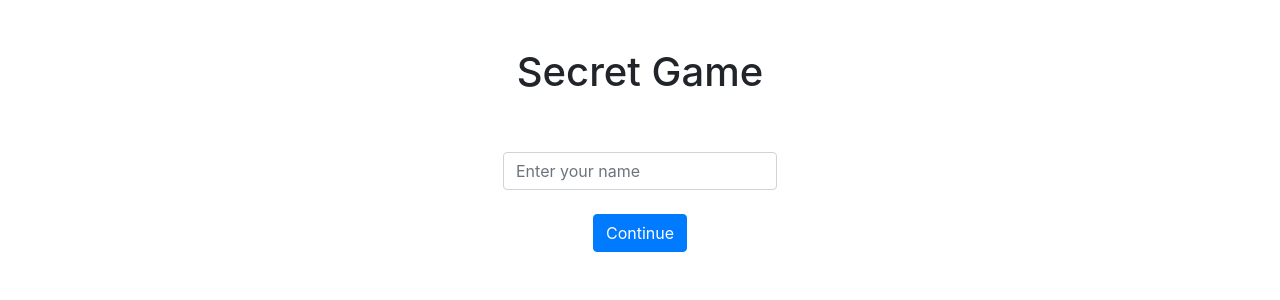
Repository: sreeramkongeseri/QuestionGame
Page: public/index.html
These files come from the project's save history. The page is drawn as it stood at one moment and after the next save; the edit follows.
The browser window is 1280 px wide. The pictures show the whole page.

Above is the page before, as saved 2021-07-29 22:40:06.

### public/index.html
<!DOCTYPE html>
<html lang="en">
  <head>
    <meta charset="UTF-8" />
    <meta name="viewport" content="width=device-width, initial-scale=1.0" />
    <title>Sreeram Chettan</title>

    <!-- Latest compiled and minified CSS -->
    <link
      rel="stylesheet"
      href="https://maxcdn.bootstrapcdn.com/bootstrap/4.5.0/css/bootstrap.min.css"
    />

    <!-- jQuery library -->
    <script src="https://ajax.googleapis.com/ajax/libs/jquery/3.5.1/jquery.min.js"></script>

    <!-- Popper JS -->
    <script src="https://cdnjs.cloudflare.com/ajax/libs/popper.js/1.16.0/umd/popper.min.js"></script>

    <script
      src="https://cdn.jsdelivr.net/npm/bootstrap@5.0.2/dist/js/bootstrap.bundle.min.js"
      integrity="sha384-MrcW6ZMFYlzcLA8Nl+NtUVF0sA7MsXsP1UyJoMp4YLEuNSfAP+JcXn/tWtIaxVXM"
      crossorigin="anonymous"
    ></script>

    <!-- Icons -->
    <link
      rel="stylesheet"
      href="https://use.fontawesome.com/releases/v5.7.0/css/all.css"
      integrity="sha384-lZN37f5QGtY3VHgisS14W3ExzMWZxybE1SJSEsQp9S+oqd12jhcu+A56Ebc1zFSJ"
      crossorigin="anonymous"
    />
  </head>

  <body>
    <div class="d-flex justify-content-center p-5">
      <div class="d-flex flex-column justify-content-center text-center">
        <h1 class="pb-4">Secret Game</h1>

        <form class='mb-4'>
          <label for="name"></label>
          <input
            class="form-control"
            id="playerName"
            placeholder="Enter your name"
          />
        </form>

        <a
          href="intro.html"
          type="submit"
          onClick="saveName()"
          class="btn btn-primary align-self-center"
          >Continue</a
        >
      </div>
    </div>
  </body>
  <script>
    function saveName () {
      name = $('#playerName').val();
      window.localStorage.setItem('name', name);
    }
  </script>
</html>

After the next save:
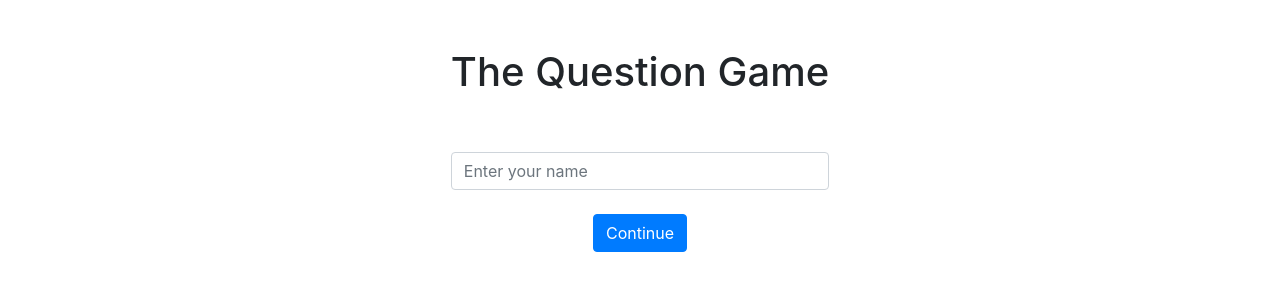
Saved 97 s later.
--- a/public/index.html
+++ b/public/index.html
@@ -3,7 +3,7 @@
   <head>
     <meta charset="UTF-8" />
     <meta name="viewport" content="width=device-width, initial-scale=1.0" />
-    <title>Sreeram Chettan</title>
+    <title>Question Game</title>
 
     <!-- Latest compiled and minified CSS -->
     <link
@@ -35,7 +35,7 @@
   <body>
     <div class="d-flex justify-content-center p-5">
       <div class="d-flex flex-column justify-content-center text-center">
-        <h1 class="pb-4">Secret Game</h1>
+        <h1 class="pb-4">The Question Game</h1>
 
         <form class='mb-4'>
           <label for="name"></label>
